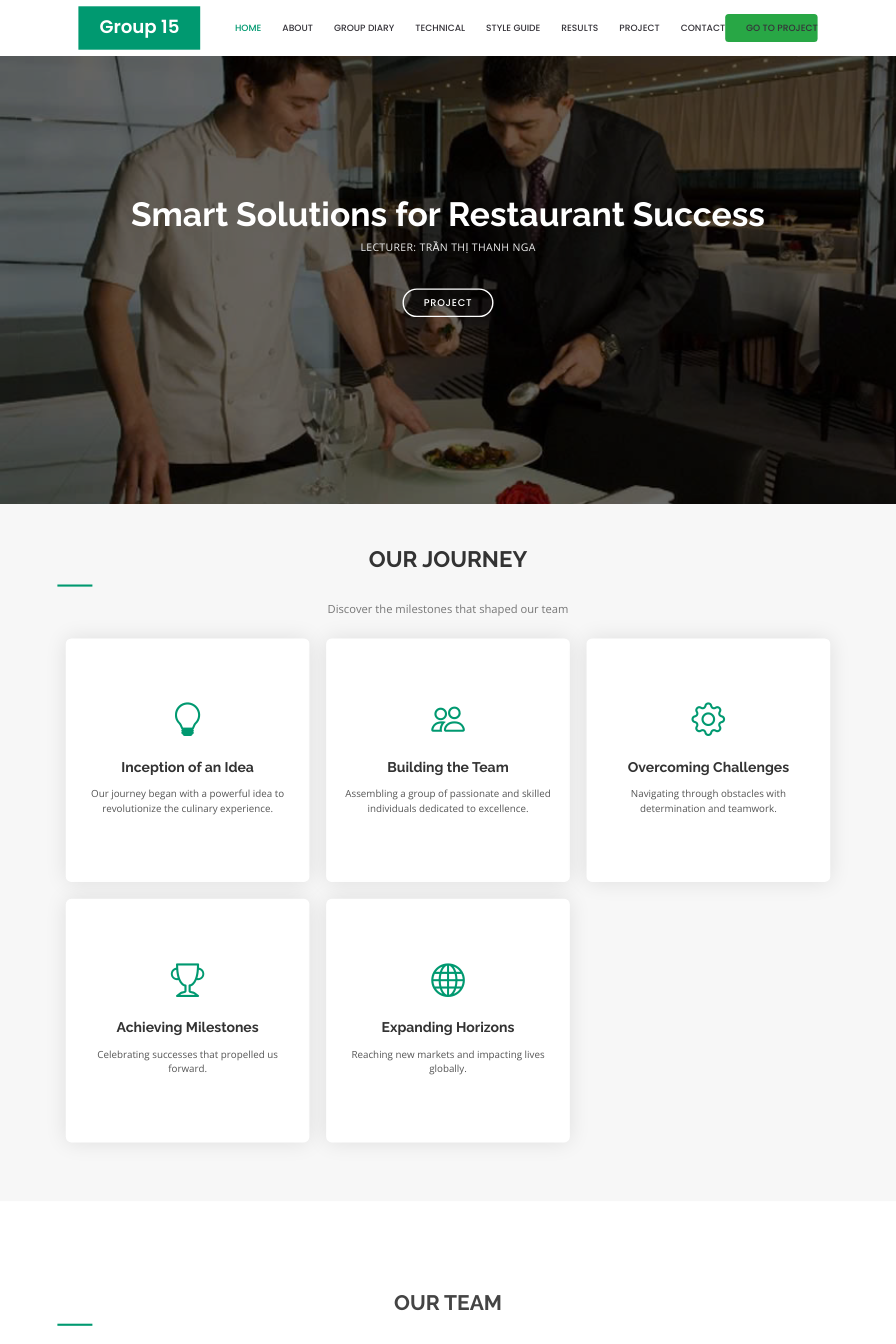
Repository: HoangKhangKhuPho4/Group_Web
Page: index.html
These files come from the project's save history. The page is drawn as it stood at one moment and after the next save; the edit follows.
The browser window is 1280 px wide. The pictures show the part of the page from y = 0 to 1920 px (the page is 2787 px tall), at 70% of full size.
Backgrounds fixed to the window are drawn as part of the page.

Above is the page before, as saved 2024-11-15 21:26:40.

### index.html
<!DOCTYPE html>
<html lang="en">
  <head>
    <!-- Google Tag Manager -->
    <script>
      (function (w, d, s, l, i) {
        w[l] = w[l] || [];
        w[l].push({ "gtm.start": new Date().getTime(), event: "gtm.js" });
        var f = d.getElementsByTagName(s)[0],
          j = d.createElement(s),
          dl = l != "dataLayer" ? "&l=" + l : "";
        j.async = true;
        j.src = "https://www.googletagmanager.com/gtm.js?id=" + i + dl;
        f.parentNode.insertBefore(j, f);
      })(window, document, "script", "dataLayer", "GTM-KP2R47JB");
    </script>
    <!-- End Google Tag Manager -->

    <meta
      name="google-site-verification"
      content="EO8Nf8U0RywdH3XDIGdBO9ayEUmYV3Sa4KyZ9BoOK-Y"
    />
    <meta charset="utf-8" />
    <meta content="width=device-width, initial-scale=1.0" name="viewport" />
    <meta
      name="google-site-verification"
      content="NlS1kOlcOLN_zi65x2N4-Xf35p3_Yhxgn-Sx0oEMzRE"
    />

    <title>Group 15</title>
    <meta content="" name="description" />
    <meta content="" name="keywords" />

    <!-- Favicons -->
    <link href="assets/img/favicon.png" rel="icon" />
    <link href="assets/img/apple-touch-icon.png" rel="apple-touch-icon" />

    <!-- Google Fonts -->
    <link
      href="https://fonts.googleapis.com/css?family=Open+Sans:300,300i,400,400i,600,600i,700,700i|Raleway:300,300i,400,400i,500,500i,600,600i,700,700i|Poppins:300,300i,400,400i,500,500i,600,600i"
      rel="stylesheet"
    />

    <!-- Vendor CSS Files -->
    <link href="assets/vendor/aos/aos.css" rel="stylesheet" />
    <link
      href="assets/vendor/bootstrap/css/bootstrap.min.css"
      rel="stylesheet"
    />
    <link
      href="assets/vendor/bootstrap-icons/bootstrap-icons.css"
      rel="stylesheet"
    />
    <link href="assets/vendor/boxicons/css/boxicons.min.css" rel="stylesheet" />
    <link
      href="assets/vendor/glightbox/css/glightbox.min.css"
      rel="stylesheet"
    />
    <link href="assets/vendor/remixicon/remixicon.css" rel="stylesheet" />
    <link href="assets/vendor/swiper/swiper-bundle.min.css" rel="stylesheet" />

    <!-- Template Main CSS File -->
    <link href="assets/css/style.css" rel="stylesheet" />

    <!-- Custom CSS -->
    <style>
      /* Nút Call to Action - Go to Project */
      .cta-btn {
        background-color: #28a745; /* Màu xanh lá cây */
        color: white; /* Chữ màu trắng */
        padding: 10px 20px; /* Khoảng cách padding */
        border-radius: 5px; /* Bo góc */
        font-weight: bold; /* Chữ đậm */
        text-transform: uppercase; /* Chữ in hoa */
        transition: background-color 0.3s ease, transform 0.3s ease; /* Hiệu ứng chuyển màu nền và hiệu ứng hover */
      }

      .cta-btn:hover {
        background-color: #218838; /* Màu xanh lá cây tối hơn khi hover */
        transform: scale(1.05); /* Phóng to nút một chút khi hover */
      }
    </style>
  </head>

  <body>
    <!-- Google Tag Manager (noscript) -->
    <noscript
      ><iframe
        src="https://www.googletagmanager.com/ns.html?id=GTM-KP2R47JB"
        height="0"
        width="0"
        style="display: none; visibility: hidden"
      ></iframe
    ></noscript>
    <!-- End Google Tag Manager (noscript) -->

    <!-- ======= Header ======= -->
    <header id="header" class="fixed-top d-flex align-items-center">
      <div class="container">
        <div
          class="header-container d-flex align-items-center justify-content-between"
        >
          <div class="logo">
            <h1 class="text-light">
              <a href="index.html"><span>Group 15</span></a>
            </h1>
          </div>

          <nav id="navbar" class="navbar">
            <ul>
              <li>
                <a class="nav-link scrollto active" href="index.html">Home</a>
              </li>
              <li><a class="nav-link scrollto" href="about.html">About</a></li>
              <li>
                <a class="nav-link scrollto" href="groupDiary.html"
                  >Group Diary</a
                >
              </li>
              <li>
                <a class="nav-link scrollto" href="technical.html">Technical</a>
              </li>
              <li>
                <a class="nav-link scrollto" href="styleguide.html"
                  >Style Guide</a
                >
              </li>
              <li>
                <a class="nav-link scrollto" href="results.html">Results</a>
              </li>
              <li>
                <a class="nav-link scrollto" href="project.html">Project</a>
              </li>
              <li>
                <a class="nav-link scrollto" href="contact.html">Contact</a>
              </li>
              <li>
                <a class="nav-link scrollto cta-btn" href="project.html"
                  >Go to Project</a
                >
              </li>
            </ul>
            <i class="bi bi-list mobile-nav-toggle"></i>
          </nav>
          <!-- .navbar -->
        </div>
        <!-- End Header Container -->
      </div>
    </header>
    <!-- End Header -->

    <!-- Bắt đầu phần nội dung chính -->
    <div class="content-wrap">
      <!-- ======= Hero Section ======= -->
      <section
        id="hero"
        class="d-flex align-items-center"
        style="padding-top: 80px"
      >
        <div
          class="container text-center position-relative"
          data-aos="fade-in"
          data-aos-delay="200"
        >
          <h1>Smart Solutions for Restaurant Success</h1>
          <h2>Lecturer: Trần Thị Thanh Nga</h2>
          <a href="" target="_blank" class="btn-get-started scrollto"
            >Project</a
          >
        </div>
      </section>
      <!-- End Hero -->

      <main id="main">
        <!-- ======= Our Journey Section ======= -->
        <section id="our-team-story" class="our-team-story">
          <div class="container" data-aos="fade-up">
            <div class="section-title text-center">
              <h2>Our Journey</h2>
              <p>Discover the milestones that shaped our team</p>
            </div>

            <div class="story-container">
              <div class="row">
                <!-- Story Item 1 -->
                <div class="col-lg-4 col-md-6 mb-4">
                  <div
                    class="story-item"
                    data-aos="fade-up"
                    data-aos-delay="100"
                  >
                    <div class="icon-box">
                      <div class="icon">
                        <i class="bi bi-lightbulb"></i>
                      </div>
                      <h4 class="title">Inception of an Idea</h4>
                      <p class="description">
                        Our journey began with a powerful idea to revolutionize
                        the culinary experience.
                      </p>
                    </div>
                  </div>
                </div>

                <!-- Story Item 2 -->
                <div class="col-lg-4 col-md-6 mb-4">
                  <div
                    class="story-item"
                    data-aos="fade-up"
                    data-aos-delay="200"
                  >
                    <div class="icon-box">
                      <div class="icon">
                        <i class="bi bi-people"></i>
                      </div>
                      <h4 class="title">Building the Team</h4>
                      <p class="description">
                        Assembling a group of passionate and skilled individuals
                        dedicated to excellence.
                      </p>
                    </div>
                  </div>
                </div>

                <!-- Story Item 3 -->
                <div class="col-lg-4 col-md-6 mb-4">
                  <div
                    class="story-item"
                    data-aos="fade-up"
                    data-aos-delay="300"
                  >
                    <div class="icon-box">
                      <div class="icon">
                        <i class="bi bi-gear"></i>
                      </div>
                      <h4 class="title">Overcoming Challenges</h4>
                      <p class="description">
                        Navigating through obstacles with determination and
                        teamwork.
                      </p>
                    </div>
                  </div>
                </div>

                <!-- Story Item 4 -->
                <div class="col-lg-4 col-md-6 mb-4">
                  <div
                    class="story-item"
                    data-aos="fade-up"
                    data-aos-delay="400"
                  >
                    <div class="icon-box">
                      <div class="icon">
                        <i class="bi bi-trophy"></i>
                      </div>
                      <h4 class="title">Achieving Milestones</h4>
                      <p class="description">
                        Celebrating successes that propelled us forward.
                      </p>
                    </div>
                  </div>
                </div>

                <!-- Story Item 5 -->
                <div class="col-lg-4 col-md-6 mb-4">
                  <div
                    class="story-item"
                    data-aos="fade-up"
                    data-aos-delay="500"
                  >
                    <div class="icon-box">
                      <div class="icon">
                        <i class="bi bi-globe"></i>
                      </div>
                      <h4 class="title">Expanding Horizons</h4>
                      <p class="description">
                        Reaching new markets and impacting lives globally.
                      </p>
                    </div>
                  </div>
                </div>
              </div>
            </div>
          </div>
        </section>
        <!-- End Our Journey Section -->

        <!-- ======= Our Team Section ======= -->
        <section
          id="portfolio-details"
          class="portfolio-details"
          style="margin-top: 4%"
        >
          <div class="container">
            <div class="section-title text-center">
              <h2 style="font-size: 30px; padding: 15px 30px">
                <b>OUR TEAM</b>
              </h2>
            </div>

            <div class="row gy-4">
              <div class="col-lg-6">
                <div class="portfolio-details-slider swiper">
                  <div class="swiper-wrapper align-items-center">
                    <div class="swiper-slide">
                      <img
                        src="assets/img/portfolio/portfolio-details-1.jpg"
                        alt=""
                      />
                    </div>

                    <div class="swiper-slide">
                      <img
                        src="assets/img/portfolio/portfolio-details-2.jpg"
                        alt=""
                      />
                    </div>

                    <div class="swiper-slide">
                      <img
                        src="assets/img/portfolio/portfolio-details-3.jpg"
                        alt=""
                      />
                    </div>
                  </div>
                  <div class="swiper-pagination"></div>
                </div>
              </div>

              <div class="col-lg-6">
                <div class="portfolio-info">
                  <h3>Group Information</h3>
                  <ul>
                    <li><strong>Group Name</strong>: Group 15</li>
                    <li><strong>Number of Members</strong>: 5 members</li>
                    <li>
                      <strong>Specialization</strong>: information technology -
                      IT
                    </li>
                    <li>
                      <strong>University</strong>: Ho Chi Minh City University
                      of Agriculture and Forestry.
                    </li>
                    <li>
                      <strong>Slogan</strong>: "Together we innovate, together
                      we succeed."
                    </li>
                  </ul>
                </div>
              </div>
            </div>
          </div>
        </section>
        <!-- End Our Team Section -->
      </main>
      <!-- End #main -->
    </div>
    <!-- Kết thúc phần nội dung chính -->

    <!-- ======= Footer ======= -->
    <footer id="footer">
      <!-- ... (giữ nguyên nội dung footer) ... -->
      <div class="footer-container">
        <div class="footer-column">
          <h4>About Us</h4>
          <p>
            We are a team of passionate individuals dedicated to delivering the
            best services to our clients. Our mission is to provide innovative
            solutions and exceptional customer service.
          </p>
        </div>
        <div class="footer-column">
          <h4>Useful Links</h4>
          <ul>
            <li><a href="index.html">Home</a></li>
            <li><a href="about.html">About Us</a></li>
            <li><a href="services.html">Services</a></li>
            <li><a href="terms.html">Terms of Service</a></li>
            <li><a href="privacy.html">Privacy Policy</a></li>
          </ul>
        </div>
        <div class="footer-column">
          <h4>Services</h4>
          <ul>
            <li><a href="#">Web Design</a></li>
            <li><a href="#">Web Development</a></li>
            <li><a href="#">Marketing</a></li>
            <li><a href="#">Graphic Design</a></li>
            <li><a href="#">Technical Support</a></li>
          </ul>
        </div>
        <div class="footer-column">
          <h4>Contact Us</h4>
          <p>
            123 ABC Street, XYZ District<br />
            City, Country<br />
            Phone: +84 123 456 789<br />
            Email: info@example.com
          </p>
        </div>
      </div>
      <div class="footer-bottom">
        <div class="container d-md-flex py-4">
          <div class="me-md-auto text-center text-md-start">
            <div class="copyright">
              &copy; Copyright <strong><span>Group 15</span></strong
              >. All Rights Reserved
            </div>
            <div class="credits">Designed by <a href="#">Group 15</a></div>
          </div>
          <div class="social-links text-center text-md-right pt-3 pt-md-0">
            <a href="#" class="twitter" title="Twitter"
              ><i class="bx bxl-twitter"></i
            ></a>
            <a href="#" class="facebook" title="Facebook"
              ><i class="bx bxl-facebook"></i
            ></a>
            <a href="#" class="instagram" title="Instagram"
              ><i class="bx bxl-instagram"></i
            ></a>
            <a href="#" class="google-plus" title="Skype"
              ><i class="bx bxl-skype"></i
            ></a>
            <a href="#" class="linkedin" title="LinkedIn"
              ><i class="bx bxl-linkedin"></i
            ></a>
          </div>
        </div>
      </div>
    </footer>
    <!-- End Footer -->

    <!-- Back to Top -->
    <a
      href="#"
      class="back-to-top d-flex align-items-center justify-content-center"
      ><i class="bi bi-arrow-up-short"></i
    ></a>

    <!-- Vendor JS Files -->
    <script src="assets/vendor/aos/aos.js"></script>
    <script src="assets/vendor/bootstrap/js/bootstrap.bundle.min.js"></script>
    <script src="assets/vendor/purecounter/purecounter.js"></script>
    <script src="assets/vendor/glightbox/js/glightbox.min.js"></script>
    <script src="assets/vendor/isotope-layout/isotope.pkgd.min.js"></script>
    <script src="assets/vendor/swiper/swiper-bundle.min.js"></script>
    <!-- Template Main JS File -->
    <script src="assets/js/main.js"></script>

    <!-- Initialize AOS -->
    <script>
      AOS.init({
        duration: 1000,
        once: true,
      });
    </script>
  </body>
</html>

Loaded but not shown: assets/vendor/aos/aos.css (library); assets/vendor/bootstrap/css/bootstrap.min.css (library); assets/vendor/bootstrap-icons/bootstrap-icons.css (library); assets/vendor/boxicons/css/boxicons.min.css (library); assets/vendor/glightbox/css/glightbox.min.css (library); assets/vendor/remixicon/remixicon.css (library); assets/vendor/swiper/swiper-bundle.min.css (library); assets/vendor/aos/aos.js (library); assets/vendor/bootstrap/js/bootstrap.bundle.min.js (library); assets/vendor/purecounter/purecounter.js (library); assets/vendor/glightbox/js/glightbox.min.js (library); assets/vendor/isotope-layout/isotope.pkgd.min.js (library); assets/vendor/swiper/swiper-bundle.min.js (library); assets/js/main.js (252 lines, source omitted); assets/css/style.css (830 lines, source omitted)

After the next save:
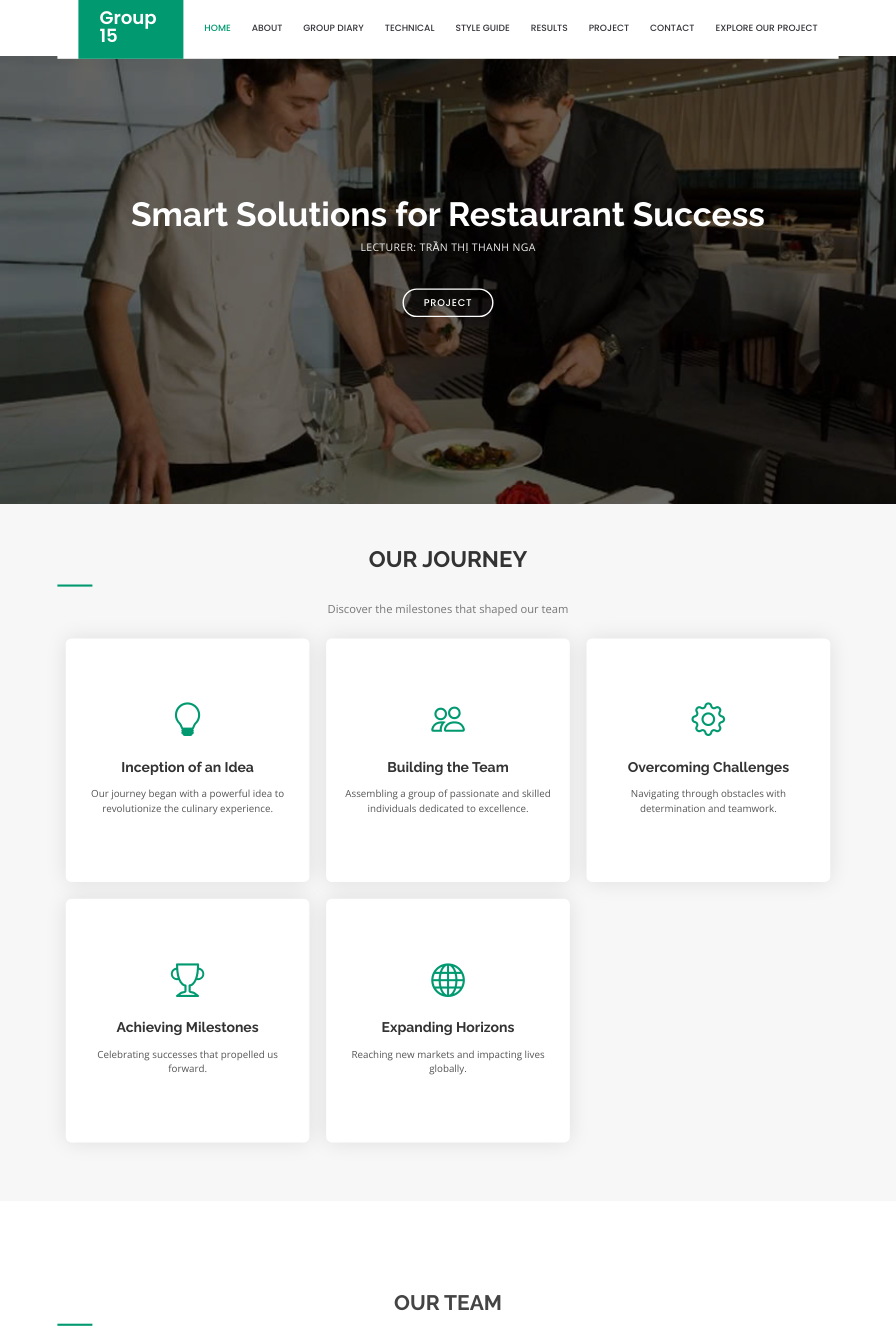
Saved 75 s later.
--- a/index.html
+++ b/index.html
@@ -135,9 +135,8 @@
                 <a class="nav-link scrollto" href="contact.html">Contact</a>
               </li>
               <li>
-                <a class="nav-link scrollto cta-btn" href="project.html"
-                  >Go to Project</a
-                >
+                <a href="project.html" class="btn-get-started scrollto">Explore Our Project</a>
+
               </li>
             </ul>
             <i class="bi bi-list mobile-nav-toggle"></i>
